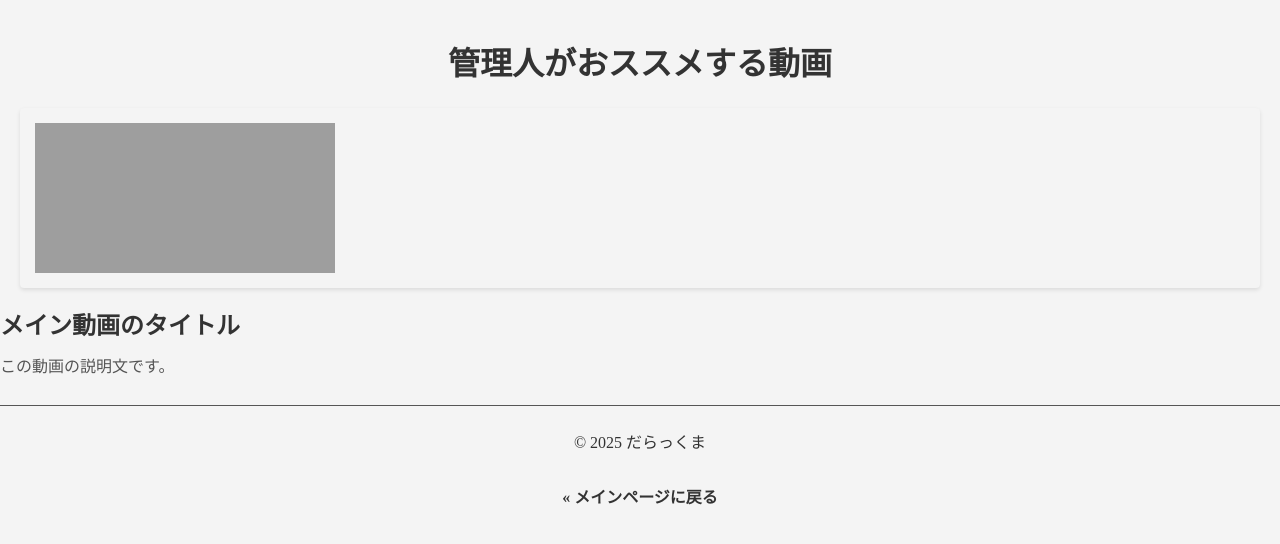
Repository: rydeen7907/html
Page: movie_link.html
These files come from the project's save history. The page is drawn as it stood at one moment and after the next save; the edit follows.
The browser window is 1280 px wide. The pictures show the whole page.
Pictures or frames that could not be fetched are drawn as grey boxes.

Above is the page before, as saved 2025-04-29 18:13:10.

After the next save:
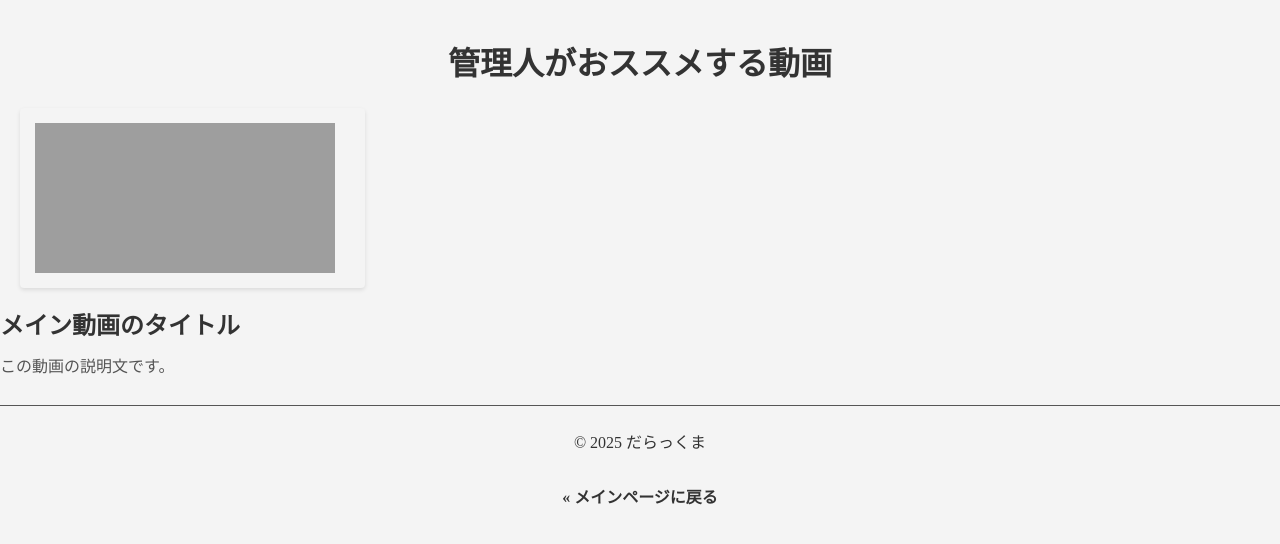
Saved 8 s later.
--- a/style.css
+++ b/style.css
@@ -250,7 +250,7 @@ a:focus { /* ホバーとフォーカス時に適用するスタイル */
     align-items: flex-start;
     gap: 15px;
     margin: 20px; /* 上下左右のマージン 左右はautoで中央寄せ */
-    max-width: px;
+    max-width: 315px;
     padding: 15px; /* 内側の余白 */
     background-color: var(--background-color); /* 背景色を薄いグレーに設定 */
     border-radius: 4px; /* 角を丸める*/
